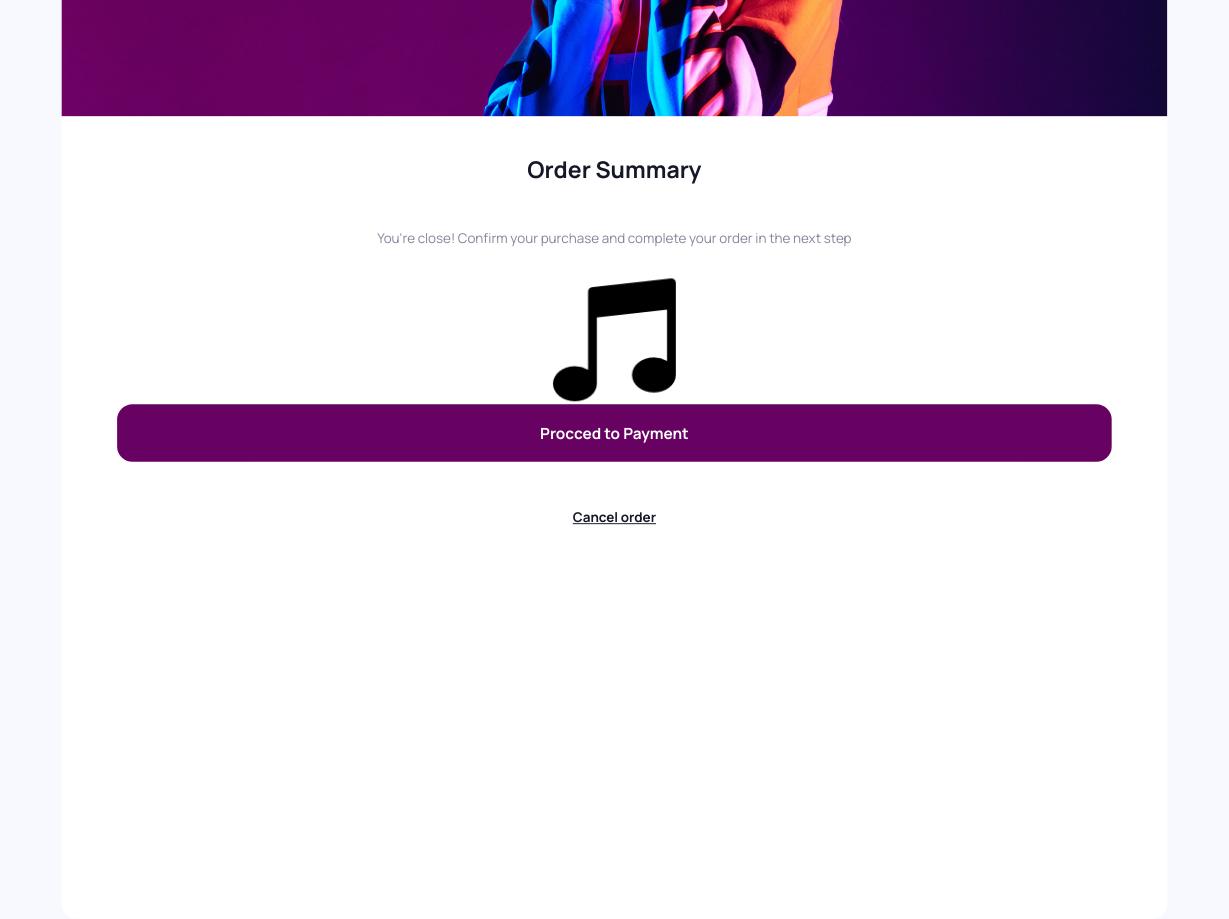
Repository: ssynowiec/INVO-Academy-solution
Page: /
An editor plug-in stored every save of this project. The page is shown before and after the next save, followed by the edit.
The browser window is 1280 px wide. The pictures show the whole page, at 96% of full size.
The project was rebuilt for these pictures with package versions that can differ from the ones it lists, and the page was loaded fresh each time.

Above is the page before, as saved 2023-02-16 09:51:49.

### index.html
<!DOCTYPE html>
<html lang="en">

<head>
  <meta charset="UTF-8" />
  <link rel="icon" type="image/svg+xml" href="/vite.svg" />
  <meta name="viewport" content="width=device-width, initial-scale=1.0" />
  <title>INVO Academy JS Starter with Vite</title>
</head>

<!-- In order to start your challenge, remove all the content inside <div id="home-page"></div> and start coding :) -->

<body>
  <div id="home-page" class="container">
    <section class="order">
      <img src="/images/girl.jpeg" alt="" class="order-image">
      <h1 class="order-title">Order Summary</h1>
      <p class="order-description">You're close! Confirm your purchase and complete your order in the next step</p>
      <div>
        <img src="/images/music.png" alt="" class="order-icon">
      </div>
      <button class="order-button">Procced to Payment</button>
      <a href="#" class="order-link">Cancel order</a>
    </section>
  </div>

  <script type="module" src="/src/global-scripts/main.js"></script>
  <script type="module" src="/src/pages/home-page/scripts/home-page.js"></script>
</body>

</html>

### src/pages/home-page/scripts/home-page.js
/// Homepage JavaScript File
/// Here we import all the JavaScript files we need for our homepage.

import '../styles/home-page.scss';

### src/global-styles/style.scss
/// Main Styles File
/// Here we import all the global Styles files we need for our project.

@import 'styles/normalize.scss';
@import 'styles/root.scss';
@import 'styles/fonts.scss';

body {
	font-family: 'Manrope', sans-serif;
	color: var(--color-primary);
	background-color: var(--color-background);
	display: flex;
	justify-content: center;
	align-items: center;
	height: 100vh;
}

p {
	color: var(--color-on-surface);
}

### src/pages/home-page/styles/home-page.scss
/// Homepage Styles File
/// Here we import all the Styles files we need for our Homepage.

.container {
	display: flex;
	justify-content: center;
}

.order {
	display: flex;
	flex-direction: column;
	justify-content: between;
	align-items: center;
	width: 90%;
	border-radius: 16px;
	overflow: hidden;
	background-color: var(--color-white);

	&-image {
		width: 100%;
		height: 30%;
		object-fit: cover;
	}

	&-title {
		font-weight: bold;
		padding-top: 25px;
		font-size: 24px;
		color: var(--color-title);
	}

	&-description {
		font-size: 14px;
		padding: 20px;
		color: var(--color-body);
		text-align: center;
	}

	&-button {
		width: 90%;
		height: 60px;
		padding: 10px;
		border-radius: 16px;
		font-weight: bold;
		font-size: 16px;
		line-height: 160%;
		letter-spacing: -1%;
		border: none;
		background-color: var(--color-primary);
		color: var(--color-white);
		cursor: pointer;

		&:hover {
			background-color: var(--color-primary-hover);
		}
	}

	&-link {
		letter-spacing: -1%;
		padding-top: 50px;
		font-size: 14px;
		font-weight: bold;
		color: var(--color-title);
	}
}

### src/global-styles/styles/root.scss
/// Root Styles file
/// Here we define all the root variables we need for our project.
/// For examples see Material Design color system: https://m2.material.io/design/color/the-color-system.html

:root {
	--color-primary: #680262;
	--color-primary-hover: #490245;
	--color-background: #f8f9fe;
	--color-title: #151827;
	--color-body: #85859b;
	--color-stroke: #cfd1dd;
	--color-white: #ffffff;
}

### src/global-styles/styles/fonts.scss
/// Main Fonts File
/// Here we import all the fonts files we need for our project.

@import url('https://fonts.googleapis.com/css2?family=Manrope:wght@200;300;400;500;600;700;800&display=swap');

Loaded but not shown: src/global-scripts/main.js (common file); src/global-styles/styles/normalize.scss (common file)

After the next save:
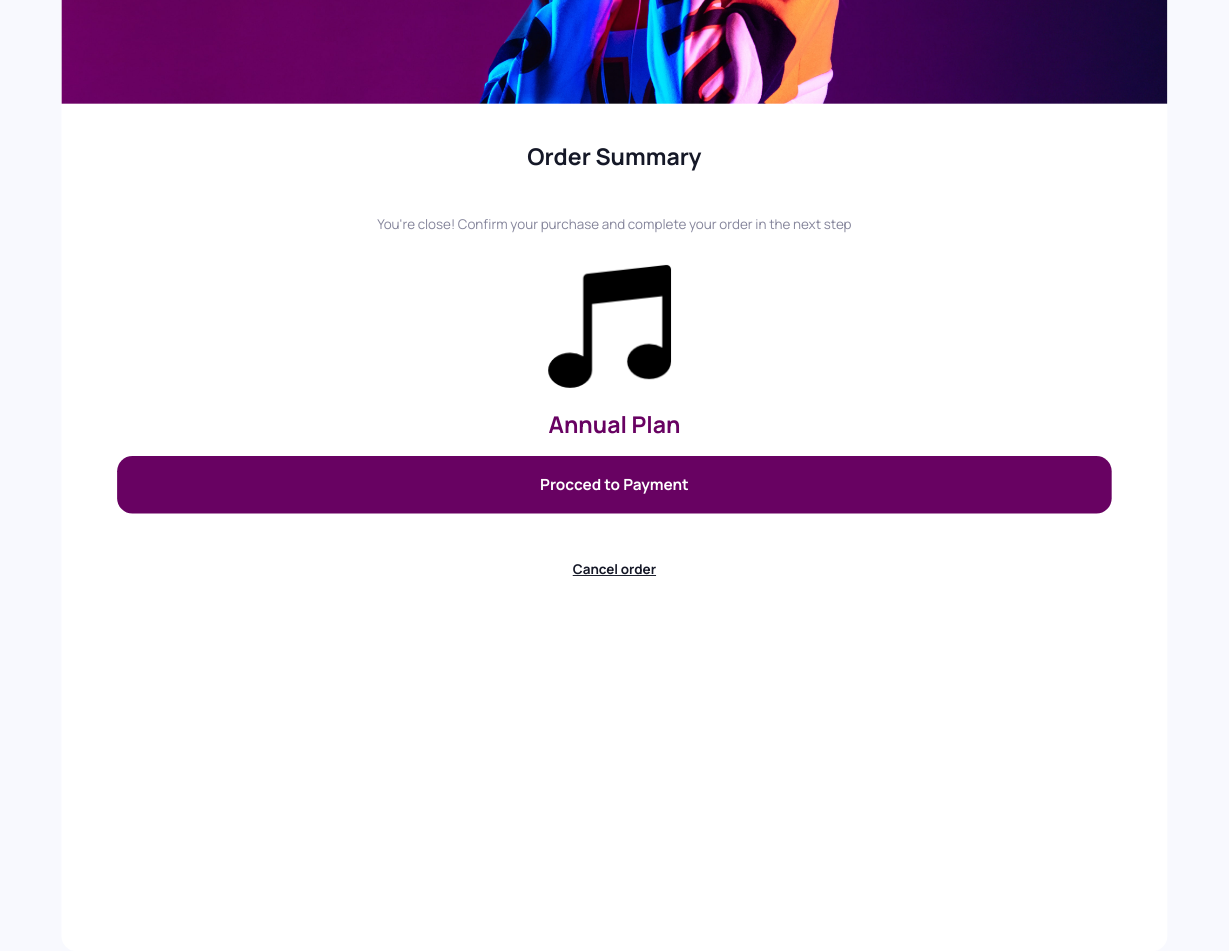
Saved 16 s later.
--- a/index.html
+++ b/index.html
@@ -18,6 +18,7 @@
       <p class="order-description">You're close! Confirm your purchase and complete your order in the next step</p>
       <div>
         <img src="/images/music.png" alt="" class="order-icon">
+        <h2>Annual Plan</h2>
       </div>
       <button class="order-button">Procced to Payment</button>
       <a href="#" class="order-link">Cancel order</a>
